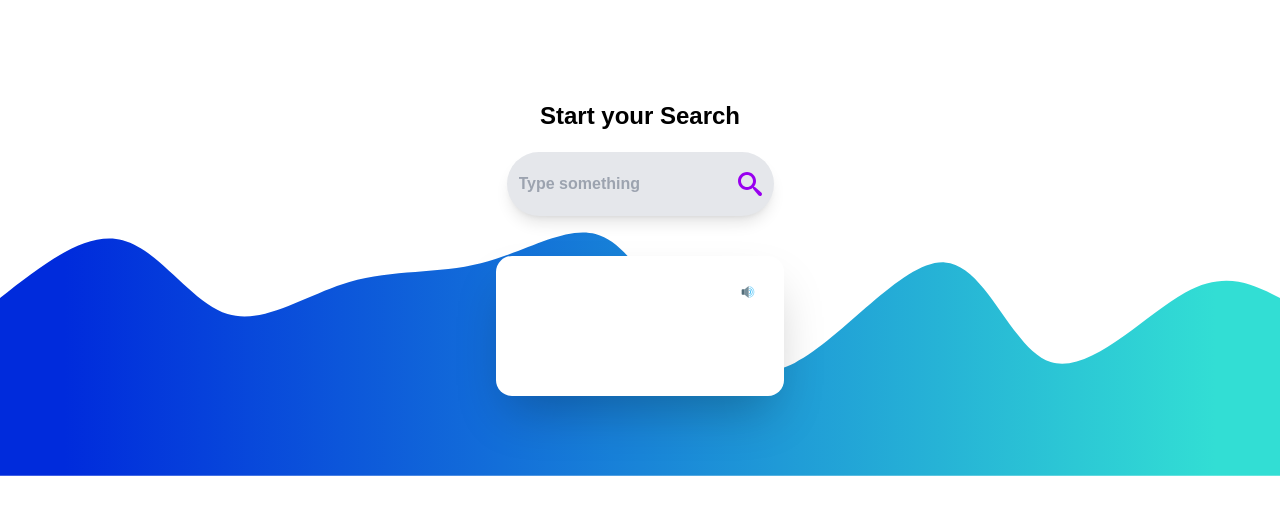
Repository: evergreenx/dictionary-octo
Page: /
An editor plug-in stored every save of this project. The page is shown before and after the next save, followed by the edit.
The browser window is 1280 px wide. The pictures show the whole page.
The page's requests for data from a server got no answer. The project was rebuilt for these pictures with package versions that can differ from the ones it lists, and the page was loaded fresh each time. The framework's server and built-in components were replaced by stand-ins that run in the browser. No one was signed in, and anything a server would have sent is missing. Also part of the build but not shown: next.config.js.

Above is the page before, as saved 2022-04-30 16:37:25.

### pages/index.js
import { useEffect, useState } from "react";

import Head from "next/head";
import Image from "next/image";
import bgimage from "../public/bg.svg";
import axios from "axios";

import { ImSearch } from "react-icons/im";
import RandomWord from "../components/RandomWord";

const Home = ({ res }) => {
  const [randomWord, setRandomWord] = useState("");
  const [intialWord, setIntialWord] = useState("");
  console.log(res);

  useEffect(() => {
    axios
      .get("https://random-word-api.herokuapp.com/word?number=1")
      .then((res) => {
        console.log(res.data);
        setRandomWord;
      });
  }, []);

  useEffect(() => {
    axios

      .get("https://api.dictionaryapi.dev/api/v2/entries/en/evergreen")

      .then((res) => {
        console.log(res.data);

        setIntialWord(res.data[0]);
      });
  }, []);

  console.log(intialWord, "testting");

  return (
    <div>
      <Head>
        <title>Create Next App</title>
        <meta name="description" content="Generated by create next app" />
        <link rel="icon" href="/favicon.ico" />
      </Head>

      <main className=" py-20">
        <section className="input--container pb-10 flex flex-col justify-center items-center ">
          <h1 className="text-2xl font-bold text-center py-5">
            Start your Search
          </h1>

          <div className="flex items-center bg-gray-200 shadow-lg rounded-full py-3 px-3">
            <input
              className="input--text bg-gray-200 font-bold outline-none py-2"
              type="text"
              placeholder="Type something"
            />

            <ImSearch className="text-[#9900efff] text-2xl" />
          </div>
        </section>

        <section>
          <RandomWord data={intialWord} />
        </section>
      </main>
    </div>
  );
};

export default Home;

### styles/globals.css
@tailwind base;
@tailwind components;
@tailwind utilities;

@import url("https://fonts.googleapis.com/css2?family=Quicksand&display=swap");

* {
  box-sizing: border-box;
  margin: 0;
  padding: 0;
}

body {
  background-image: url("../public/bg.svg");
  background-repeat: no-repeat;
  background-size: contain;
  background-position: bottom;

  height: 100%;
  font-family: "Quicksand", sans-serif;
}

a {
  color: inherit;
  text-decoration: none;
}

### components/RandomWord.js
import React from "react";
import { FcSpeaker } from "react-icons/fc";

const RandomWord = ({ data }) => {
  const { word, phonetics, meanings } = data;
  return (
    <div className="bg-white rounded-2xl shadow-2xl p-7 w-72 container h-auto mx-auto">
      <div className="flex justify-between items-center">
        <h2 className="font-bold text-2xl">{word}</h2>

        <FcSpeaker className="tect-2xl" />
      </div>

      <p className="text-gray-400 pt-5 pb-2">
        {phonetics?.map((phonetic, index) => {
          return phonetic.text && <span key={index}>[{phonetic.text}]</span>;
        })}
      </p>

      <p className="text-black">
        {meanings?.map((text, index) => {
          return (
            text.partOfSpeech && (
              <span className="mr-4" key={index}>
                {text.partOfSpeech}
              </span>
            )
          );
        })}
      </p>

      <p className="text-black mt-10">
        {meanings?.map((text, index) => {
          return (
            text.definitions[0] && (
              <span className="mr-4 tracking-tight" key={index}>
                {text.definitions[0].definition}
              </span>
            )
          );
        })}
      </p>
    </div>
  );
};

export default RandomWord;

Loaded but not shown: pages/_app.js (common file); tailwind.config.js (common file)

After the next save:
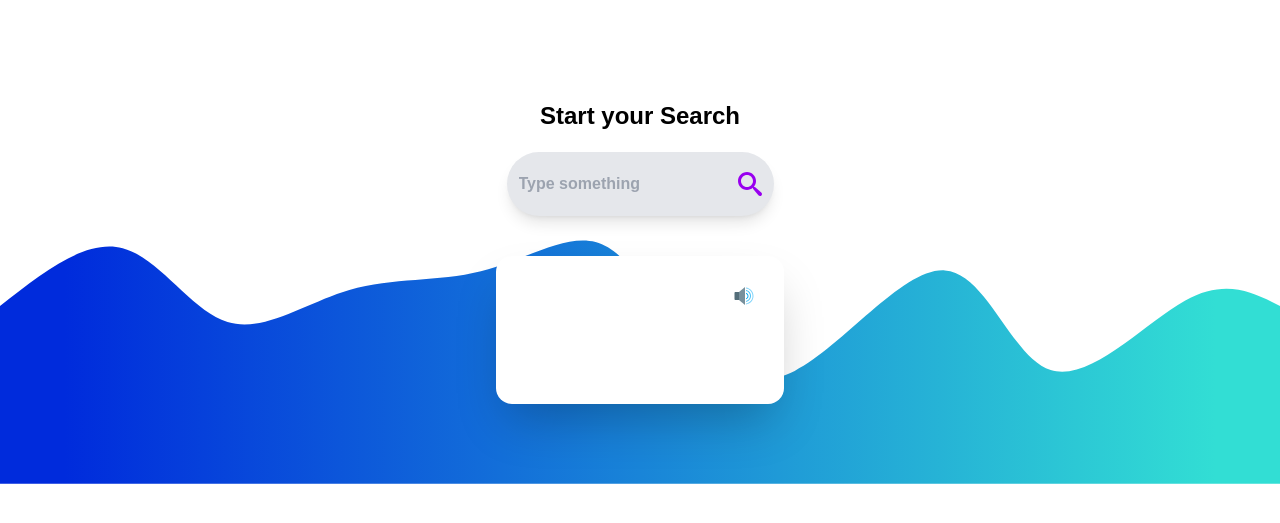
Saved 4 s later.
--- a/components/RandomWord.js
+++ b/components/RandomWord.js
@@ -8,7 +8,7 @@ const RandomWord = ({ data }) => {
       <div className="flex justify-between items-center">
         <h2 className="font-bold text-2xl">{word}</h2>
 
-        <FcSpeaker className="tect-2xl" />
+        <FcSpeaker className="text-2xl" />
       </div>
 
       <p className="text-gray-400 pt-5 pb-2">
